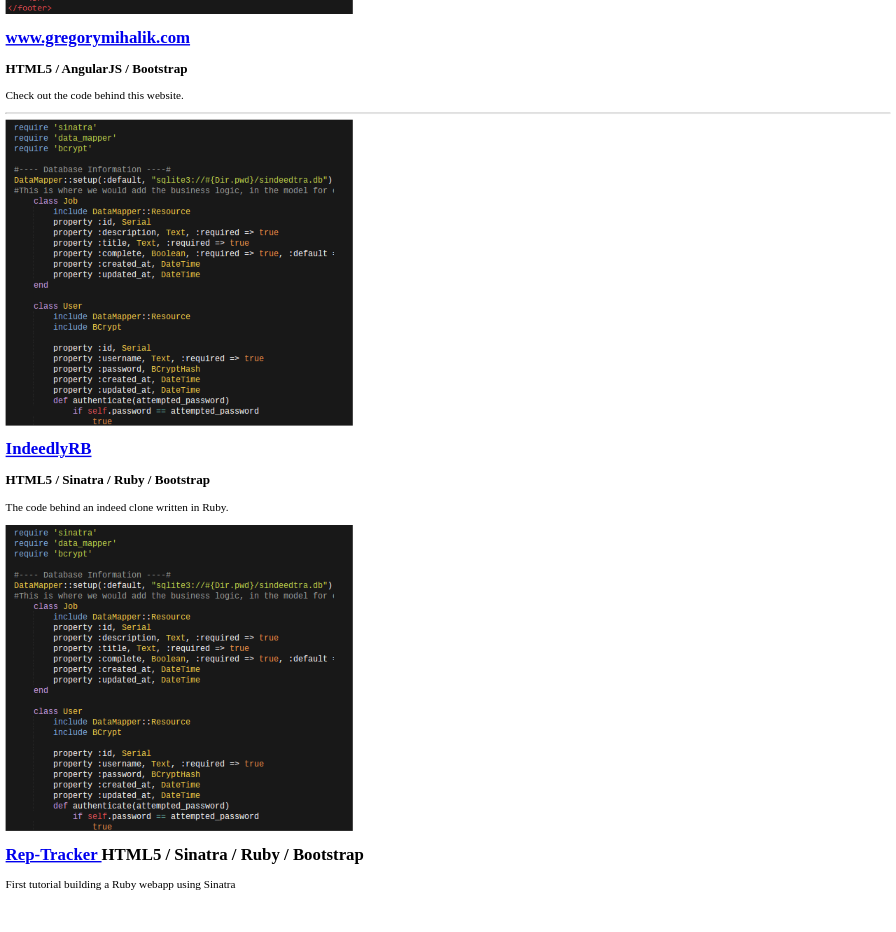
Repository: gmihalik/resume-website
Page: views/portfolio.html
The author's editor kept a record of every edit. The page is drawn from the files as they stood at one moment, then again after the next edit.
The browser window is 1280 px wide. The pictures show the part of the page from y = 740 to 2660 px (the page is 2072 px tall before and 2660 px after), at 70% of full size.

Above is the page before.

After the next edit:
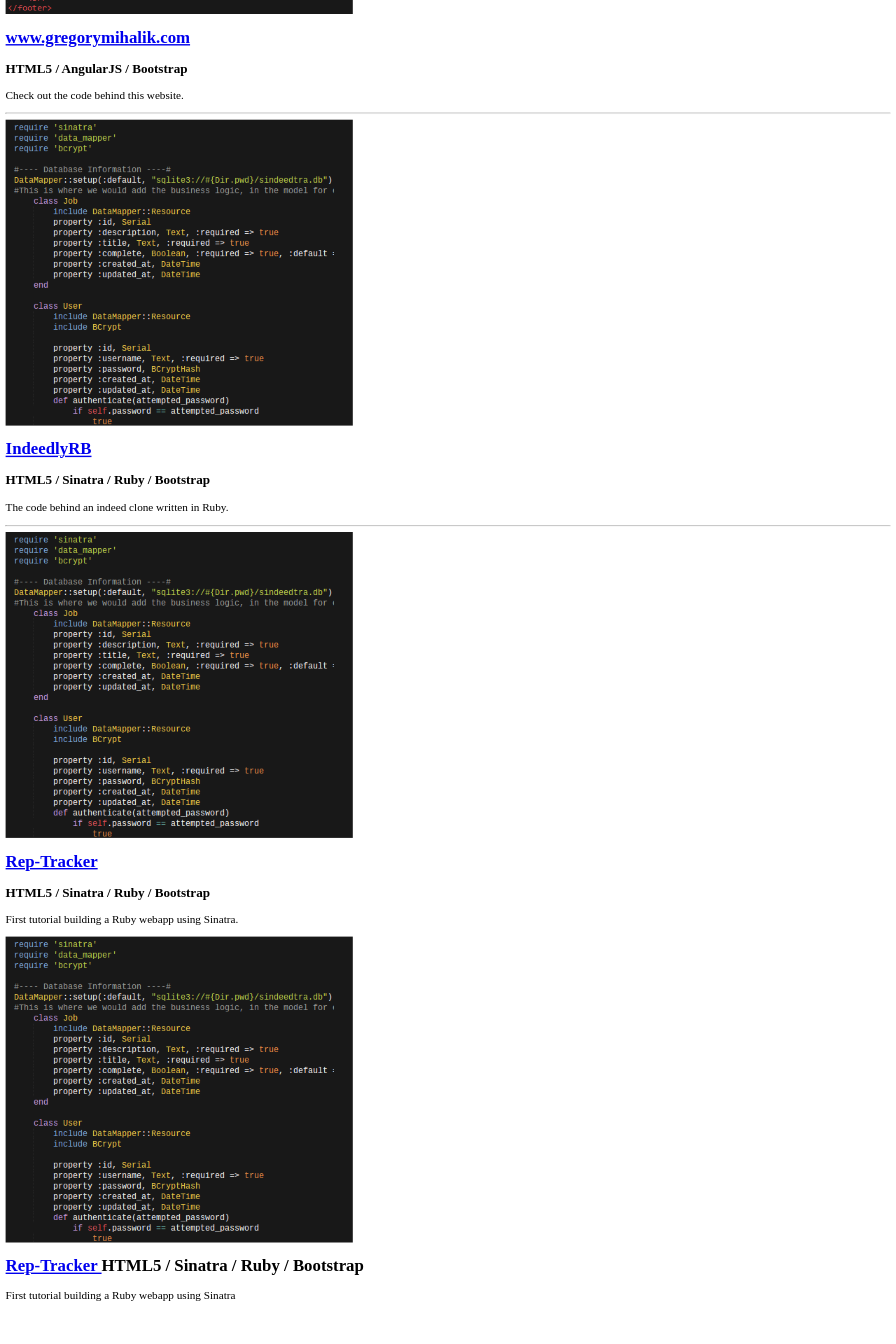
The edit:
--- a/views/portfolio.html
+++ b/views/portfolio.html
@@ -33,6 +33,12 @@
           <h2 class="featurette-heading"><a href="https://github.com/gmihalik/indeedlyrb">IndeedlyRB</a></h2> <h3><span class="text-muted">HTML5 / Sinatra / Ruby / Bootstrap</span></h3>
           <p class="lead">The code behind an indeed clone written in Ruby.</p>
         </div>
+        <hr>
+        <div class="col-md-4">
+          <a href="https://github.com/gmihalik/rep-tracker" target="_blank"><img class="featurette-image img-responsive" src="media/rbcodingView.png" alt="Coding View!"></a>
+          <h2 class="featurette-heading"><a href="https://github.com/gmihalik/rep-tracker">Rep-Tracker</a></h2> <h3><span class="text-muted">HTML5 / Sinatra / Ruby / Bootstrap</span></h3>
+          <p class="lead">First tutorial building a Ruby webapp using Sinatra.</p>
+        </div>
         <div class="col-md-4">
           <img class="featurette-image img-responsive" src="media/rbcodingView.png" alt="Generic placeholder image">
           <h2 class="featurette-heading"><a href="https://github.com/gmihalik/indeedlyrb">Rep-Tracker </a><span class="text-muted">HTML5 / Sinatra / Ruby / Bootstrap</span></h2>
